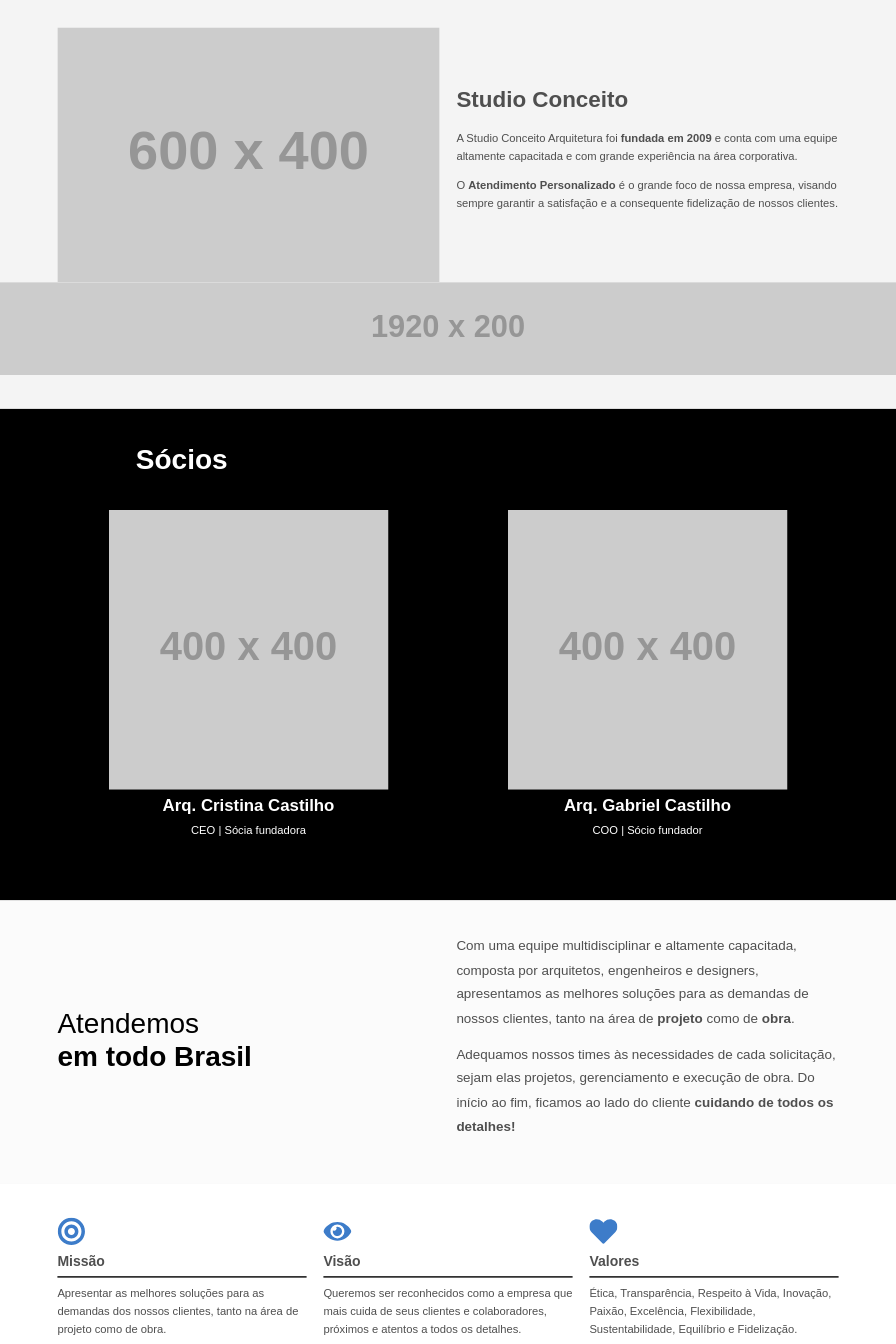
Repository: Upstairs-Agencia/studio-conceito-react
Page: /quem-somos
The author's editor kept a copy of each file at every save. The page is drawn from the files as they stood at one save, then again after the next save.
The browser window is 1280 px wide. The pictures show the part of the page from y = 403 to 2323 px (the page is 2591 px tall), at 70% of full size.
The project was rebuilt for these pictures with package versions that can differ from the ones it lists, and the page was loaded fresh each time. Also part of the build but not shown: src/pages/Home.js, src/pages/Servicos.js, src/styles/cases.css, src/pages/Cases.js, src/pages/Blog.js, src/pages/Clientes.js, src/pages/Contato.js.

Above is the page before, as saved 2024-12-29 12:16:44.

### public/index.html
<!DOCTYPE html>
<html lang="en">
  <head>
    <meta charset="utf-8" />
    <link rel="icon" href="%PUBLIC_URL%/favicon.ico" />
    <meta name="viewport" content="width=device-width, initial-scale=1" />
    <meta name="theme-color" content="#000000" />
    <meta
      name="description"
      content="Web site created using create-react-app"
    />
    <link rel="apple-touch-icon" href="%PUBLIC_URL%/logo192.png" />
    <!--
      manifest.json provides metadata used when your web app is installed on a
      user's mobile device or desktop. See https://developers.google.com/web/fundamentals/web-app-manifest/
    -->
    <link rel="manifest" href="%PUBLIC_URL%/manifest.json" />
    <!--
      Notice the use of %PUBLIC_URL% in the tags above.
      It will be replaced with the URL of the `public` folder during the build.
      Only files inside the `public` folder can be referenced from the HTML.

      Unlike "/favicon.ico" or "favicon.ico", "%PUBLIC_URL%/favicon.ico" will
      work correctly both with client-side routing and a non-root public URL.
      Learn how to configure a non-root public URL by running `npm run build`.
    -->
    <title>Studio Conceito</title>
  </head>
  <body>
    <noscript>You need to enable JavaScript to run this app.</noscript>
    <div id="root"></div>
    <!--
      This HTML file is a template.
      If you open it directly in the browser, you will see an empty page.

      You can add webfonts, meta tags, or analytics to this file.
      The build step will place the bundled scripts into the <body> tag.

      To begin the development, run `npm start` or `yarn start`.
      To create a production bundle, use `npm run build` or `yarn build`.
    -->
  </body>
</html>

### src/index.js

import React from 'react';
import ReactDOM from 'react-dom';
import App from './App';
import 'mdb-react-ui-kit/dist/css/mdb.min.css'; // MDB styles
import './index.css'; // Global styles

ReactDOM.render(
  <React.StrictMode>
    <App />
  </React.StrictMode>,
  document.getElementById('root')
);

### src/App.js

import React from 'react';
import { BrowserRouter as Router, Routes, Route } from 'react-router-dom';
import Home from './pages/Home';
import QuemSomos from './pages/QuemSomos';
import Servicos from './pages/Servicos';
import Cases from './pages/Cases';
import Blog from './pages/Blog';
import Clientes from './pages/Clientes';
import Contato from './pages/Contato';

function App() {
  return (
    <Router>
      <Routes>
        <Route path="/" element={<Home />} />
        <Route path="/quem-somos" element={<QuemSomos />} />
        <Route path="/servicos" element={<Servicos />} />
        <Route path="/cases" element={<Cases />} />
        <Route path="/blog" element={<Blog />} />
        <Route path="/clientes" element={<Clientes />} />
        <Route path="/contato" element={<Contato />} />
      </Routes>
    </Router>
  );
}

export default App;

### src/index.css

body {
  margin: 0;
  font-family: Arial, sans-serif;
  background-color: #f4f4f4;
}

### src/pages/QuemSomos.js
import React from "react";
import Navbar from "../components/navbar"; // Importando o componente Navbar
import { MDBContainer, MDBRow, MDBCol } from "mdb-react-ui-kit";
import { FaBullseye, FaEye, FaHeart } from "react-icons/fa";

import Footer from "../components/footer";
import "../styles/quemsomos.css";

export default function QuemSomos() {
  return (
    <>
      {/* Navbar */}
      <Navbar />

      {/* Seção de cabeçalho do quem somos */}
      <section className="bg-black text-white py-5">
        <MDBContainer>
          <MDBRow className="align-items-center">
            <MDBCol md="6">
              <h1 className="fw-bold">Quem somos</h1>
            </MDBCol>
            <MDBCol md="6" className="text-end">
              <img
                src="https://placehold.co/200x150" // Imagem maior para seguir o padrão original
                alt="Padrão gráfico"
                style={{ maxWidth: "200px", marginRight: "4rem" }}
              />
            </MDBCol>
          </MDBRow>
        </MDBContainer>
      </section>

      {/* Quem Somos Section */}
      <section className="py-5 ">
        <MDBContainer>
          <MDBRow className="align-items-center">
            <MDBCol md="6">
              <img
                src="https://via.placeholder.com/600x400"
                alt="Studio Conceito"
                className="img-fluid"
              />
            </MDBCol>
            <MDBCol md="6">
              <h2 className="fw-bold mb-4">Studio Conceito</h2>
              <p>
                A Studio Conceito Arquitetura foi{" "}
                <strong>fundada em 2009</strong> e conta com uma equipe
                altamente capacitada e com grande experiência na área
                corporativa.
              </p>
              <p>
                O <strong>Atendimento Personalizado</strong> é o grande foco de
                nossa empresa, visando sempre garantir a satisfação e a
                consequente fidelização de nossos clientes.
              </p>
            </MDBCol>
          </MDBRow>

        </MDBContainer>
        <img
            src="https://via.placeholder.com/1920x200"
            alt="Studio Conceito"
            className="img-fluid"
        />
      </section>

      {/* Sócios Section */}
      <section className="py-5 socios text-white">
        <MDBContainer>
          <h1 className="text-left titulosocios fw-bold mb-5">Sócios</h1>
          <MDBRow className="text-center">
            <MDBCol md="6" className="mb-4">
              <div className="team-member">
                <img
                  src="https://via.placeholder.com/400x400"
                  alt="Arq. Cristina Castilho"
                  className="img-fluid mb-2"
                />
                <h4 className="fw-bold">Arq. Cristina Castilho</h4>
                <p>CEO | Sócia fundadora</p>
              </div>
            </MDBCol>
            <MDBCol md="6" className="mb-4">
              <div className="team-member">
                <img
                  src="https://via.placeholder.com/400x400"
                  alt="Arq. Gabriel Castilho"
                  className="img-fluid mb-2"
                />
                <h4 className="fw-bold">Arq. Gabriel Castilho</h4>
                <p>COO | Sócio fundador</p>
              </div>
            </MDBCol>
          </MDBRow>
        </MDBContainer>
      </section>

      {/* Atendemos em todo Brasil Section */}
      <section className="py-5 bg-light">
        <MDBContainer>
          <MDBRow className="align-items-center">
            <MDBCol md="6" className="title-container">
              <h1 className="atendemos-title">Atendemos</h1>
              <h1 className="brasil-title">em todo Brasil</h1>
            </MDBCol>
            <MDBCol md="6">
              <p className="text-large">
                Com uma equipe multidisciplinar e altamente capacitada, composta
                por arquitetos, engenheiros e designers, apresentamos as
                melhores soluções para as demandas de nossos clientes, tanto na
                área de <span className="fw-bold">projeto</span> como de{" "}
                <span className="fw-bold">obra</span>.
              </p>
              <p className="text-large">
                Adequamos nossos times às necessidades de cada solicitação,
                sejam elas projetos, gerenciamento e execução de obra. Do início
                ao fim, ficamos ao lado do cliente{" "}
                <span className="fw-bold">cuidando de todos os detalhes!</span>
              </p>
            </MDBCol>
          </MDBRow>
        </MDBContainer>
      </section>

      {/* Missão, Visão e Valores Section */}
      <section className="py-5 bg-white">
        <MDBContainer>
          <MDBRow className="text-center mission-row">
            <MDBCol md="4" className="mission-col">
              <div className="icon-container">
                <FaBullseye size={40} color="#3d7cc9" />
              </div>
              <h5 className="fw-bold">Missão</h5>
              <div className="divider"></div>
              <p>
                Apresentar as melhores soluções para as demandas dos nossos
                clientes, tanto na área de projeto como de obra.
              </p>
            </MDBCol>
            <MDBCol md="4" className="mission-col">
              <div className="icon-container">
                <FaEye size={40} color="#3d7cc9" />
              </div>
              <h5 className="fw-bold">Visão</h5>
              <div className="divider"></div>
              <p>
                Queremos ser reconhecidos como a empresa que mais cuida de seus
                clientes e colaboradores, próximos e atentos a todos os
                detalhes.
              </p>
            </MDBCol>
            <MDBCol md="4" className="mission-col">
              <div className="icon-container">
                <FaHeart size={40} color="#3d7cc9" />
              </div>
              <h5 className="fw-bold">Valores</h5>
              <div className="divider"></div>
              <p>
                Ética, Transparência, Respeito à Vida, Inovação, Paixão,
                Excelência, Flexibilidade, Sustentabilidade, Equilíbrio e
                Fidelização.
              </p>
            </MDBCol>
          </MDBRow>
        </MDBContainer>

        <Footer />
      </section>
    </>
  );
}

### src/components/navbar.js
import React, { useState } from "react";

import Logo from "../images/logoBlack.png";

import {
  MDBNavbar,
  MDBNavbarBrand,
  MDBContainer,
} from "mdb-react-ui-kit";
import { FaLinkedin, FaInstagram, FaPinterest, FaBars } from "react-icons/fa";
import { IoIosClose } from "react-icons/io";
import { Link } from "react-router-dom";

import SeloGptw from "../images/selo-gptw.png";

const Navbar = () => {
  const [showMenu, setShowMenu] = useState(false);

  return (
    <>
      {/* Navbar */}
      <MDBNavbar dark bgColor="white" className="py-4 px-5">
        <MDBContainer fluid className="d-flex justify-content-between align-items-center">
          {/* Logo */}
          <MDBNavbarBrand href="#" className="ms-5">
            <img
              src={Logo}
              alt="Logo"
              style={{ maxHeight: "90px", marginLeft: "12vw"}}
            />
          </MDBNavbarBrand>

          {/* Social Icons and Menu Toggle */}
          <div className="d-flex align-items-center">
            {/* Social Icons */}
            <div className="d-flex gap-3 me-3">
              <button className="btn btn-light rounded-circle p-2">
                <FaLinkedin size={30} />
              </button>
              <button className="btn btn-light rounded-circle p-2">
                <FaInstagram size={30} />
              </button>
              <button className="btn btn-light rounded-circle p-2">
                <FaPinterest size={30} />
              </button>
            </div>

            {/* FaBars Icon for Sidebar */}
            <button
              className="btn rounded-circle p-2"
              style={{
                background: "none",
                border: "none",
                cursor: "pointer",
              }}
              onClick={() => setShowMenu(!showMenu)}
            >
              <FaBars size={20} color="black" />
            </button>
          </div>
        </MDBContainer>
      </MDBNavbar>

      {/* Sidebar Menu */}
      {showMenu && (
        <div
          className="position-fixed top-0 end-0 bg-white vh-100 vw-350 shadow-lg d-flex flex-column"
          style={{ zIndex: 1050, width: "500px" }}
        >
          <div className="d-flex justify-content-end p-3">
            {/* Close Button */}
            <button
              className="p-0"
              style={{
                background: "none",
                border: "none",
                cursor: "pointer",
              }}
              onClick={() => setShowMenu(false)}
            >
              <IoIosClose size={40} />
            </button>
          </div>





          <div className="p-4 flex-grow-1">
            {/* Menu Items */}
            <ul className="list-unstyled">
              {[
                { label: "Home", link: "/" },
                { label: "Quem somos", link: "/quem-somos" },
                { label: "Serviços", link: "/servicos" },
                { label: "Cases", link: "/cases" },
                { label: "Blog", link: "/blog" },
                { label: "Clientes", link: "/clientes" },
                { label: "Contato", link: "/contato" },
              ].map((item, index) => (
                <li key={index} className="py-2">
                  <Link
                    to={item.link}
                    className="text-decoration-none fs-6"
                    style={{
                      transition: "all 0.3s ease-in-out", // Transição suave
                      color:"black"
                    }}
                    onMouseOver={(e) => {
                      e.currentTarget.style.color = "#FF7F30"; // Altera a cor
                      e.currentTarget.style.fontWeight = "bold"; // Negrito
                    }}
                    onMouseOut={(e) => {
                      e.currentTarget.style.color = "black"; // Retorna à cor original
                      e.currentTarget.style.fontWeight = "normal"; // Retira o negrito
                    }}
                  >
                    {item.label}
                  </Link>
                </li>
              ))}
            </ul>
          </div>



          {/* Footer Section */}
          <div className="d-flex justify-content-between align-items-center px-4 pb-4">
            {/* Social Icons */}
            <div className="d-flex gap-3">
              <button className="btn btn-dark rounded-circle p-2">
                <FaLinkedin size={20} color="white" />
              </button>
              <button className="btn btn-dark rounded-circle p-2">
                <FaInstagram size={20} color="white" />
              </button>
              <button className="btn btn-dark rounded-circle p-2">
                <FaPinterest size={20} color="white" />
              </button>
            </div>

            {/* Placeholder Image */}
            <img
              src={SeloGptw}
              alt="Great Place to Work"
              style={{ maxHeight: "200px", marginBottom: "4rem" }}
            />
          </div>
        </div>
      )}
    </>
  );
};

export default Navbar;

### src/components/footer.js
import React from "react";
import { MDBFooter, MDBContainer, MDBRow, MDBCol } from "mdb-react-ui-kit";
import Logo from "../images/logoBlack.png";
import "../styles/footer.css";

const Footer = () => {
  return (
    <MDBFooter className="footer-container text-center text-white">
      <MDBContainer className="p-4 footer-content">

        <MDBRow className="content-signature">
            {/* Logo e Nome */}
            <MDBCol md="4" className="mb-4 footer-left">
                <img
                    src={Logo}
                    alt="Studio Conceito Logo"
                    className="footer-logo"
                />

                {/* Navegação */}
                <MDBCol md="4" className="mb-3 footer-center">
                    <nav className="footer-nav">
                        <a href="/">Home</a>
                        <a href="/quem-somos"> Quem somos </a>
                        <a href="/servicos">Serviços</a>
                        <a href="/cases">Cases</a>
                        <a href="/blog">Blog</a>
                        <a href="/clientes">Clientes</a>
                        <a href="/contato" className="footerHighlight">
                            Contato
                        </a>
                    </nav>
                </MDBCol>

            </MDBCol>

            {/* Direitos Reservados */}
            <MDBCol md="4" className="mb-4 footer-right">
                <p className="mb-0">2023 &copy; Todos os direitos reservados</p>
            </MDBCol>

        </MDBRow>



      </MDBContainer>
    </MDBFooter>
  );
};

export default Footer;

### src/styles/quemsomos.css
.socios{
    background-color: #000;
}

.titulosocios{
    margin-left: 7rem;
}

/* Título: Atendemos em todo Brasil */
.title-container {
    text-align: left;
  }

  .atendemos-title {
    font-size: 2.5rem;
    font-weight: normal;
    color: #000;
  }

  .brasil-title {
    font-size: 2.5rem;
    font-weight: bold;
    color: #000;
    margin-top: -10px; /* Para aproximar os textos */
  }

  /* Texto em letras maiores */
  .text-large {
    font-size: 1.2rem;
    line-height: 1.8;
    text-align: left;
  }

  /* Missão, Visão e Valores */
  .mission-row {
    justify-content: space-between;
  }

  .mission-col {
    text-align: left;
    max-width: 400px;
  }

  .icon-container {
    margin-bottom: 10px;
  }

  .divider {
    width: 100%;
    height: 2px;
    background-color: #000;
    margin: 10px auto;
  }

  /* Responsividade */
  @media (max-width: 768px) {
    .atendemos-title,
    .brasil-title {
      font-size: 2rem;
    }

    .text-large {
      font-size: 1rem;
    }

    .mission-col {
      max-width: 100%;
    }
  }

### src/styles/footer.css
.footer-container {
    background-color: white;
    height: 25vh !important; /* Ocupa 30% da altura da tela */
    display: flex;
    justify-content: center;
    align-items: center;
    color: black;
    font-family: Arial, sans-serif;
    margin: 1rem 0;
  }

  .footer-content {
    height: 100%; /* Garante que o conteúdo ocupe toda a altura do footer */
  }

  .content-signature{
    display: flex;
    flex-direction: row;
  }

  .footer-left {
    display: flex;
    flex-direction: column;
  }

  .footer-logo {
    max-width: 40%; /* Aumenta a imagem para 40% de seu tamanho */
    margin-bottom: 10px;
  }


  .footer-center {
    text-align: center;
    margin: 2rem 0;
  }

  .footer-nav{
    display: flex;
    flex-direction: row;
    justify-content: space-around;
    width:35vw;

  }

  .footerHighlight {
    color: #ff6600 !important;
  }

  .footer-nav a {
    margin: 1px 1rem;
    text-decoration: none;
    color: #000;
    font-size: 1rem;
    transition: color 0.3s ease;
  }

  .footer-nav a:hover {
    color: #ff6600;
  }



  .footer-right {
    text-align: center;
    display: flex;
    justify-content: center;
    align-items: center;
    margin-left: 20vw;
    font-size: 0.9rem;
    color: #000;
  }

After the next save:
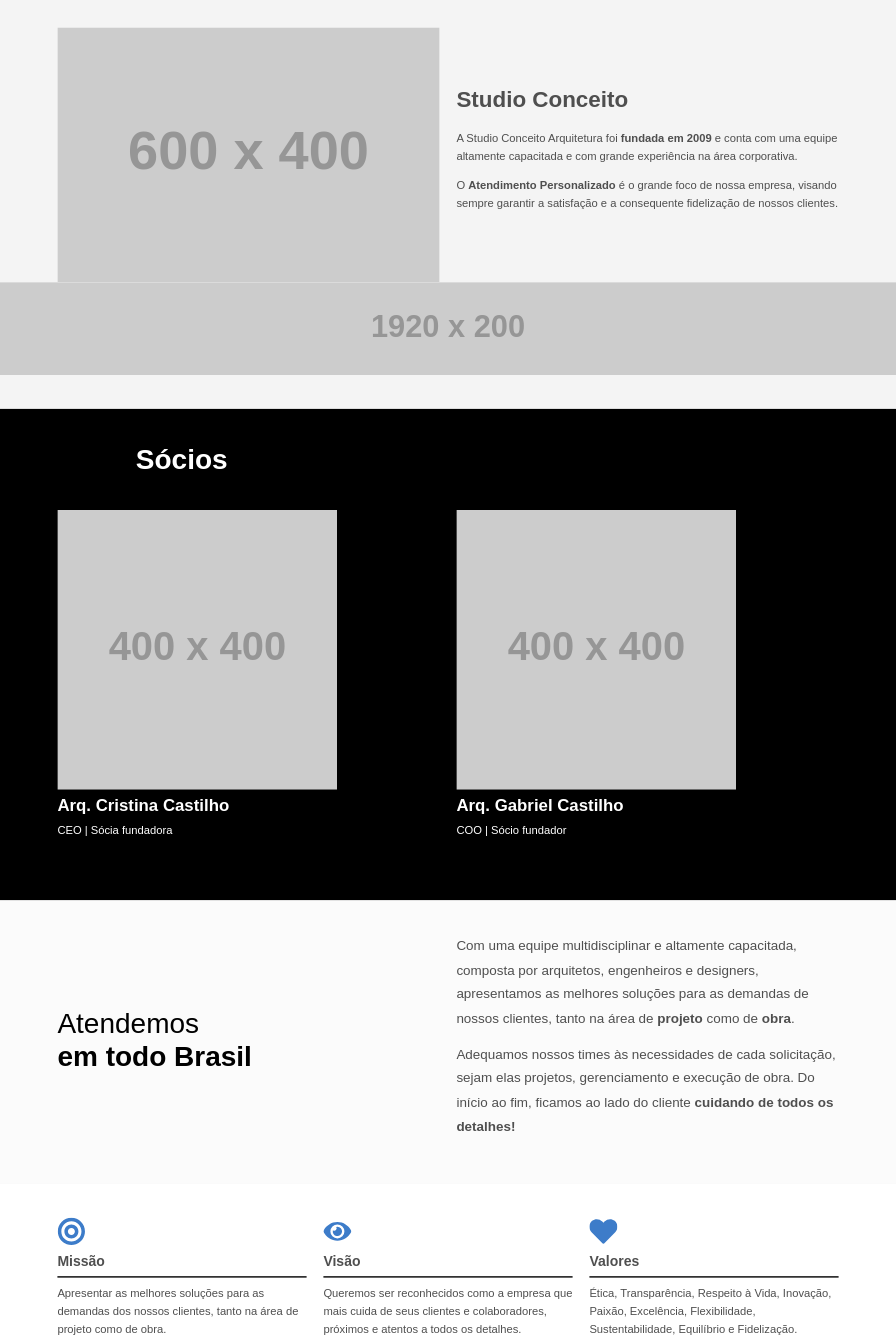
Saved 22 s later.
--- a/src/pages/QuemSomos.js
+++ b/src/pages/QuemSomos.js
@@ -69,7 +69,7 @@ export default function QuemSomos() {
       <section className="py-5 socios text-white">
         <MDBContainer>
           <h1 className="text-left titulosocios fw-bold mb-5">Sócios</h1>
-          <MDBRow className="text-center">
+          <MDBRow className="text-left">
             <MDBCol md="6" className="mb-4">
               <div className="team-member">
                 <img

After the save that followed:
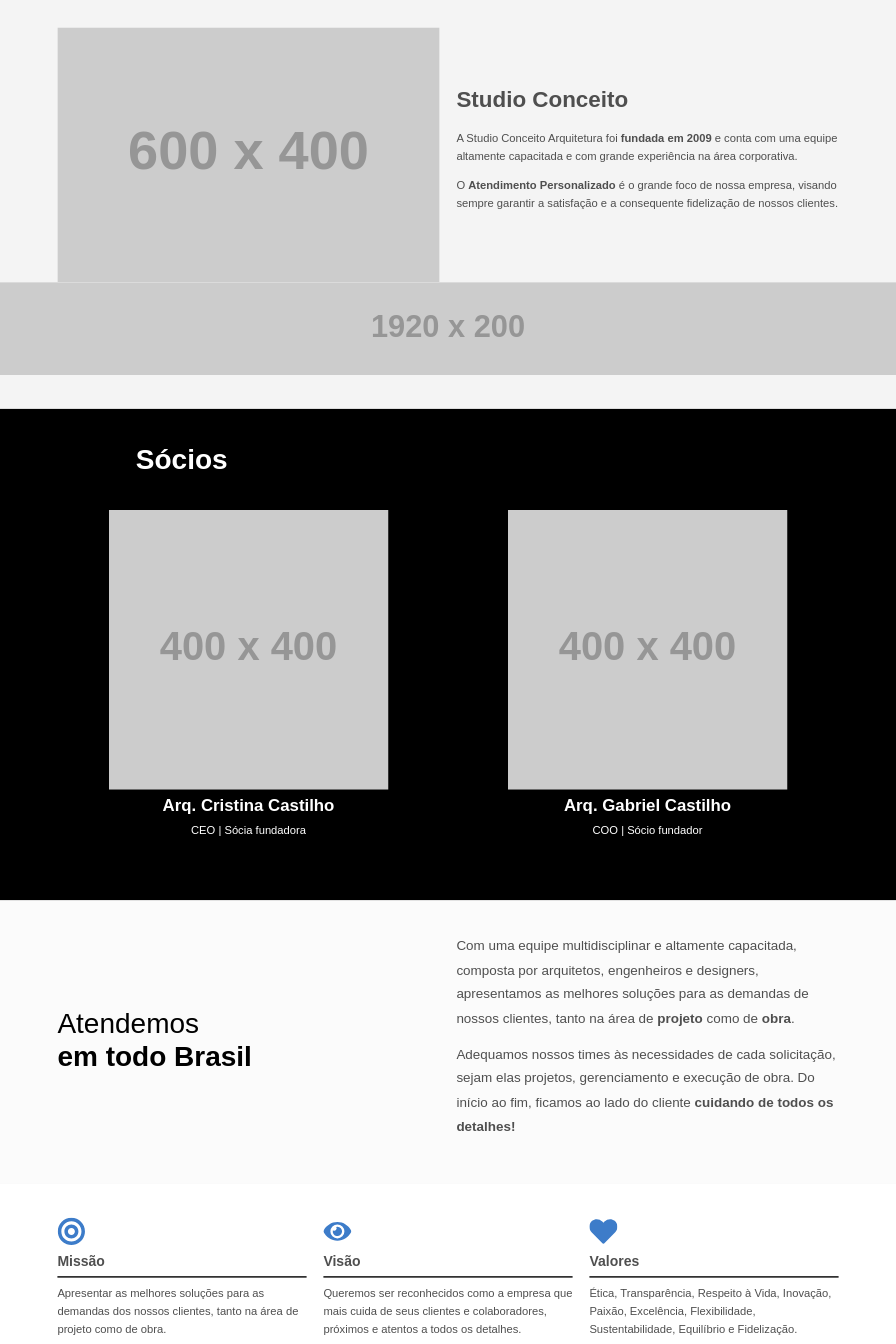
Saved 6 s later.
--- a/src/pages/QuemSomos.js
+++ b/src/pages/QuemSomos.js
@@ -69,7 +69,7 @@ export default function QuemSomos() {
       <section className="py-5 socios text-white">
         <MDBContainer>
           <h1 className="text-left titulosocios fw-bold mb-5">Sócios</h1>
-          <MDBRow className="text-left">
+          <MDBRow className="text-center">
             <MDBCol md="6" className="mb-4">
               <div className="team-member">
                 <img
